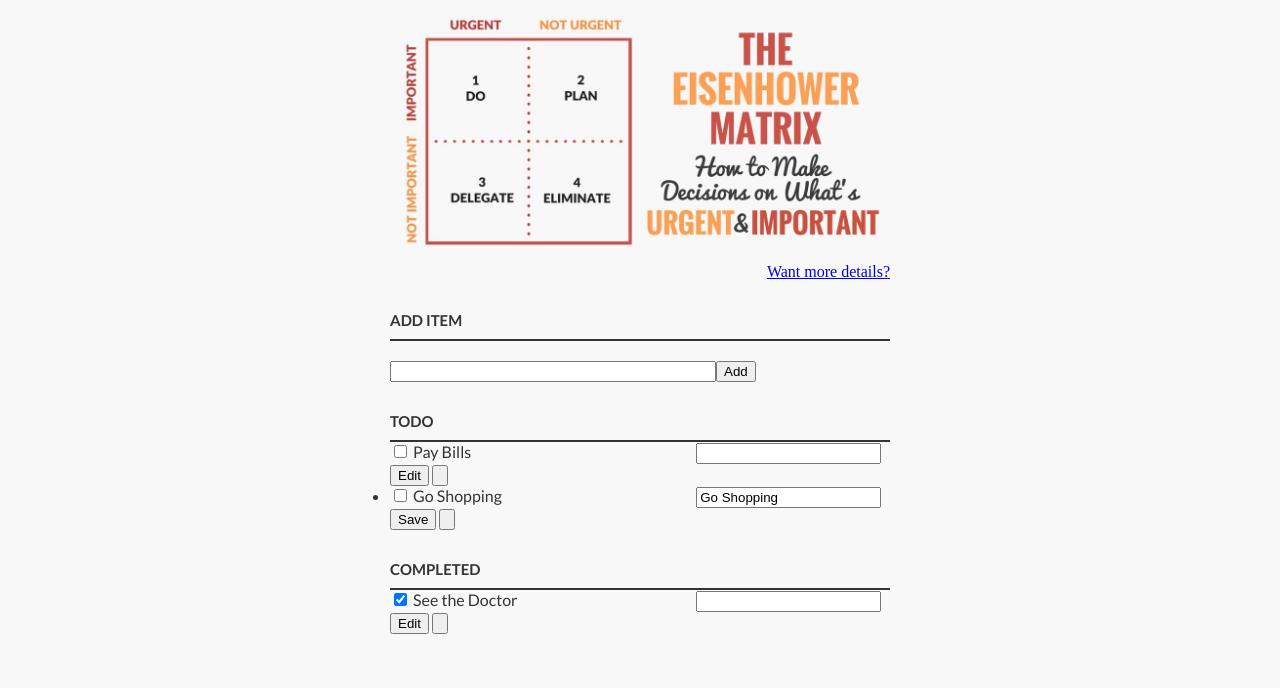
Repository: dev1siWoo/clean-code-s1e1
Page: index.html
An editor plug-in stored every save of this project. The page is shown before and after a run of saves, followed by the edit.
The browser window is 1280 px wide. The pictures show the whole page.

Above is the page before, as saved 2024-01-08 23:31:08.
Console error: TypeError: Cannot set properties of null (setting 'onchange')

### index.html
<!DOCTYPE html>
<html>
    <head>
        <title>Todo App</title>
        <link
            href="https://fonts.googleapis.com/css?family=Lato:300,400,700"
            rel="stylesheet"
        >
        <link
            rel="stylesheet"
            href="style.css"
            media="screen"
            charset="utf-8"
        >
    </head>
    <body class="page">
        <header class="header">
            <img class="header__logo" src="./eisenhower-matrix.jpg" alt="eisenhower-matrix">
            <a class="header__info" href="https://goal-life.com/page/method/matrix-eisenhower">Want more details?</a>
        </header>
        <main class="main">
            <section id="adding-section">
                <label class="add-section" for="new-task">Add Item</label>
                <div class="add__section_wrapper">
                    <input id="new-task" class="input_add" type="text">
                    <button class="button_add">Add</button>
                </div>
            </section>
            <h2 class="subtitle">Todo</h2>
            <ul id="incomplete-tasks" class="task-list">
                <li class="task">
                    <input class="mark" type="checkbox">
                    <label class="title">Pay Bills</label>
                    <input type="text" class="input_edit">
                    <button class="button_edit">Edit</button>
                    <button class="button_delete">
                        <img class="button_img" src="./remove.svg" alt="delete button">
                    </button>
                </li>
                <li class="edit">
                    <input class="mark" type="checkbox">
                    <label class="title">Go Shopping</label>
                    <input type="text" value="Go Shopping" class="input_edit">
                    <button class="button_edit">Save</button>
                    <button class="button_delete">
                        <img class="button_img" src="./remove.svg" alt="delete button">
                    </button>
                </li>
            </ul>
            <h2 class="subtitle">Completed</h2>
            <ul id="completed-tasks" class="task-list">
                <li class="task">
                    <input class=mark" type="checkbox" checked>
                    <label class="title">See the Doctor</label>
                    <input type="text" class="input_edit">
                    <button class="button_edit">Edit</button>
                    <button class="button_delete">
                        <img class="button_img" src="./remove.svg" alt="delete button">
                    </button>
                </li>
            </ul>
        </main>
        <script src="app.js"></script>
    </body>
</html>

### style.css
/* Basic Style */
.page {
  background-color: #f8f8f8;
  color: #333;
  font-family: Lato, sans-serif;
}

.header {
  width: 500px;
  margin: 0 auto;
  display: block;
  text-align: right;
}

.header__logo {
  width: 100%;
}

.header__info {
  font-family: fantasy, cursive;
}

@media (max-width: 768px) {
  .header {
    text-align: center;
  }
}

.main {
  display: block;
  width: 500px;
  margin: 0 auto 0;
}

.title,
.input {
  width: 56%;
  display: inline-block;
  flex-grow: 1;
}

.add__section_wrapper {
  display: flex;
}

.task-list {
  margin: 0;
  padding: 0px;
}

.task,
.subtitle {
  list-style: none;
}

.task__input,
.task__button{
  outline: none;
}

.task__button {
  background: none;
  border: 0px;
  color: #888;
  font-size: 15px;
  width: 60px;
  font-family: Lato, sans-serif;
  cursor: pointer;
}

.task__button:hover {
  color: #3a3a3a;
}

/* Heading */
.subtitle,
.add-section {
  color: #333;
  font-weight: 700;
  font-size: 15px;
  border-bottom: 2px solid #333;
  padding: 30px 0 10px;
  margin: 0;
  text-transform: uppercase;
}

.task__input {
  margin: 0;
  font-size: 18px;
  line-height: 18px;
  height: 21px;
  padding: 0 9px;
  border: 1px solid #ddd;
  background: #fff;
  border-radius: 6px;
  font-family: Lato, sans-serif;
  color: #888;
}

.task__input:focus {
  color: #333;
}

/* New Task */
.add-section {
  display: block;
  margin: 0 0 20px;
}

#new-task {
  width: 318px;
}

/* Task list */
.list-item {
  overflow: hidden;
  padding: 20px 0;
  border-bottom: 1px solid #eee;
  display: flex;
  justify-content: space-between;
  align-items: center;
}

.list-item > * {
  vertical-align: middle;
}

.list-item > .input[type="checkbox"] {
  margin: 0 10px;
}

.list-item > .label {
  padding-left: 10px;
  box-sizing: border-box;
  font-size: 18px;
  width: 226px;
}

.list-item >    .input[type="text"] {
  width: 226px;
}

.delete-img {
  height: 2em;
  transform: rotateZ(45deg);
  transition: transform 200ms ease-in;
}

.delete-img:hover {
  transform: rotateZ(0);
}

/* Completed */
#completed-tasks .label {
  text-decoration: line-through;
  color: #888;
}

/* Edit Task */
.list-item .input[type="text"] {
  display: none;
}

.list-item.edit-mode .input[type="text"] {
  display: inline-block;
  width: 224px;
}

.list-item.edit-mode .label {
  display: none;
}

### app.js
//Document is the DOM can be accessed in the console with document.window.
// Tree is from the top, html, body, p etc.

//Problem: User interaction does not provide the correct results.
//Solution: Add interactivity so the user can manage daily tasks.
//Break things down into smaller steps and take each step at a time.


// Event handling, user interaction is what starts the code execution.

var taskInput=document.getElementById("new-task");//Add a new task.
var addButton=document.querySelector(".button_add");//add button
var incompleteTaskHolder=document.getElementById("incomplete-tasks");//ul of #incomplete-tasks
var completedTasksHolder=document.getElementById("completed-tasks");//completed-tasks


//New task list item
var createNewTaskElement=function(taskString){

    var listItem=document.createElement("li");

    //input (checkbox)
    var checkBox=document.createElement("input");//checkbx
    //label
    var label=document.createElement("label");//label
    //input (text)
    var editInput=document.createElement("input");//text
    //button.edit
    var editButton=document.createElement("button");//edit button

    //button.delete
    var deleteButton=document.createElement("button");//delete button
    var deleteButtonImg=document.createElement("img");//delete button image

    listItem.className="task"

    label.innerText=taskString;
    label.className="title";

    //Each elements, needs appending
    checkBox.type="checkbox";
    checkBox.className="mark";
    editInput.type="text";
    editInput.className="input_edit";

    editButton.innerText="Edit"; //innerText encodes special characters, HTML does not.
    editButton.className="button_edit";

    deleteButton.className="button_delete";
    deleteButtonImg.src='./remove.svg';
    deleteButtonImg.className="button_img";
    deleteButtonImg.setAttribute('alt', 'delete button');
    deleteButton.appendChild(deleteButtonImg);


    //and appending.
    listItem.appendChild(checkBox);
    listItem.appendChild(label);
    listItem.appendChild(editInput);
    listItem.appendChild(editButton);
    listItem.appendChild(deleteButton);
    return listItem;
}



var addTask=function(){
    console.log("Add Task...");
    //Create a new list item with the text from the #new-task:
    if (!taskInput.value) return;
    var listItem=createNewTaskElement(taskInput.value);

    //Append listItem to incompleteTaskHolder
    incompleteTaskHolder.appendChild(listItem);
    bindTaskEvents(listItem, taskCompleted);

    taskInput.value="";

}

//Edit an existing task.

var editTask=function(){
    console.log("Edit Task...");
    console.log("Change 'edit' to 'save'");


    var listItem=this.parentNode;

    var editInput=listItem.querySelector('.input_edit');
    var label=listItem.querySelector(".title");
    var editBtn=listItem.querySelector(".button_edit");
    var containsClass=listItem.classList.contains("edit");
    //If class of the parent is .edit
    if(containsClass){

        //switch to .edit
        //label becomes the inputs value.
        label.innerText=editInput.value;
        editBtn.innerText="Edit";
    }else{
        editInput.value=label.innerText;
        editBtn.innerText="Save";
    }

    //toggle .edit on the parent.
    listItem.classList.toggle("edit");
};


//Delete task.
var deleteTask=function(){
    console.log("Delete Task...");

    var listItem=this.parentNode;
    var ul=listItem.parentNode;
    //Remove the parent list item from the ul.
    ul.removeChild(listItem);

}


//Mark task completed
var taskCompleted=function(){
    console.log("Complete Task...");

    //Append the task list item to the #completed-tasks
    var listItem=this.parentNode;
    completedTasksHolder.appendChild(listItem);
    bindTaskEvents(listItem, taskIncomplete);

}


var taskIncomplete=function(){
    console.log("Incomplete Task...");
//Mark task as incomplete.
    //When the checkbox is unchecked
    //Append the task list item to the #incomplete-tasks.
    var listItem=this.parentNode;
    incompleteTaskHolder.appendChild(listItem);
    bindTaskEvents(listItem,taskCompleted);
}



var ajaxRequest=function(){
    console.log("AJAX Request");
}

//The glue to hold it all together.


//Set the click handler to the addTask function.
addButton.onclick=addTask;
addButton.addEventListener("click",addTask);
addButton.addEventListener("click",ajaxRequest);


var bindTaskEvents=function(taskListItem,checkBoxEventHandler){
    console.log("bind list item events");
//select ListItems children
    var checkBox=taskListItem.querySelector(".mark");
    var editButton=taskListItem.querySelector(".button_edit");
    var deleteButton=taskListItem.querySelector(".button_delete");


    //Bind editTask to edit button.
    editButton.onclick=editTask;
    //Bind deleteTask to delete button.
    deleteButton.onclick=deleteTask;
    //Bind taskCompleted to checkBoxEventHandler.
    checkBox.onchange=checkBoxEventHandler;
}

//cycle over incompleteTaskHolder ul list items
//for each list item
for (var i=0; i<incompleteTaskHolder.children.length;i++){

    //bind events to list items chldren(tasksCompleted)
    bindTaskEvents(incompleteTaskHolder.children[i],taskCompleted);
}




//cycle over completedTasksHolder ul list items
for (var i=0; i<completedTasksHolder.children.length;i++){
    //bind events to list items chldren(tasksIncompleted)
    bindTaskEvents(completedTasksHolder.children[i],taskIncomplete);
}




// Issues with usability don't get seen until they are in front of a human tester.

//prevent creation of empty tasks.

//Change edit to save when you are in edit mode.

After the next 2 saves:
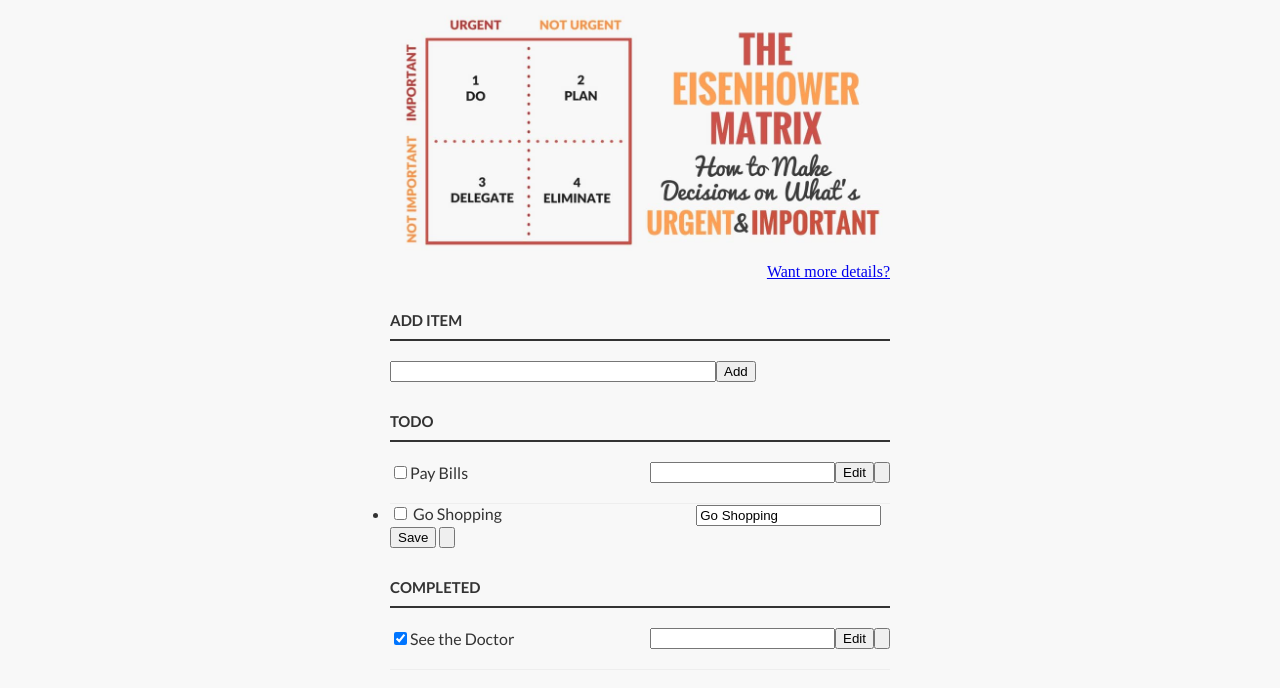
The 2 saves are shown as one change because they came seconds apart.
The last was saved 7 s later.
--- a/style.css
+++ b/style.css
@@ -112,7 +112,7 @@
 }
 
 /* Task list */
-.list-item {
+.task {
   overflow: hidden;
   padding: 20px 0;
   border-bottom: 1px solid #eee;
